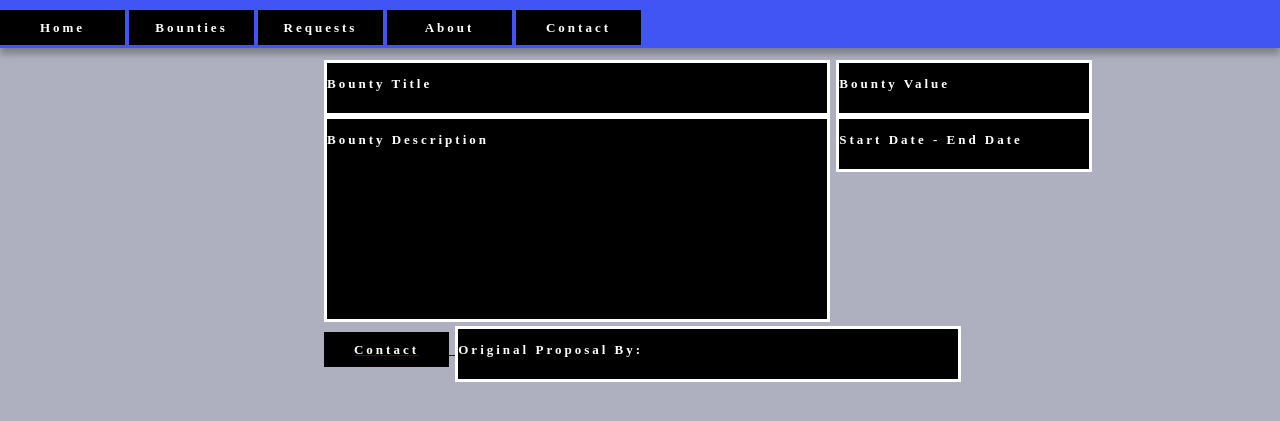
Repository: mailog/Tomorrow
Page: http://localhost/bounties
The author's editor kept a copy of each file at every save. The page is drawn from the files as they stood at one save, then again after the next save.
The browser window is 1280 px wide. The pictures show the whole page.
The page is this project's Thymeleaf template; nobody is signed in. The template is opened directly, without the code that normally fills it, so the values that code supplies are empty.

Above is the page before, as saved 2017-07-27 03:57:48.

### Tomorrow/src/main/resources/templates/bounties.html
<!DOCTYPE html>
<html>
<head>
<title>Bounties</title>
<link rel="stylesheet" type="text/css" href="/css/toolbar.css" />
<link rel="stylesheet" type="text/css" href="/css/bounties.css" />
</head>
<body>

<div class = "toolbar">
	<a href = "/">
		<button class = "tool_button"> Home </button>
	</a>
	<a href = "/bounties">
		<button class = "tool_button"> Bounties </button>
	</a>
	<a href = "/requests">
		<button class = "tool_button"> Requests </button>
	</a>
	<a href = "/about">
		<button class = "tool_button"> About </button>
	</a>
	<a href = "/contact">
		<button class = "tool_button"> Contact </button>
	</a>
</div>

<div id = "bounties">
	<div class = "bounty">
		<div class = "bounty_title">
			<p>Bounty Title</p>
		</div>
		<div class = "bounty_value">
			<p>Bounty Value</p>
		</div>
		<div class = "bounty_desc">
			<p>Bounty Description</p>
		</div>
		<div class = "bounty_period">
			<p>Start Date - End Date</p>
		</div>
		<a href = "/">
			<button class = "tool_button"> Contact </button>
		</a>
		<div class = "bounty_proposer">
			<p>Original Proposal By: </p>
		</div>
	</div>
</div>
</body>
</html>

### Tomorrow/src/main/resources/static/css/toolbar.css
/*------------------STATIC------------------*/
/*------------------------------------------*/

/*-------------------BODY-------------------*/

	body{
		background-color: #aeb0c0;
		color: #FFFFFF;
	}


/*------------------------------------------*/

/*---------------TOOLBAR--------------------*/
	.toolbar{
		width:100%;
		height: 48px;
		z-index: 1;
		opacity: 1;
		position: absolute;
		left: 0px;
		top: 0px;
		float: center;
		padding 0 0 0 0;
		margin-left:auto;
		margin-right:auto;
		background-color: #4155f4;
		-webkit-box-shadow: 0px 6px 7px 0px rgba(0,0,0,0.29);
		-moz-box-shadow: 0px 6px 7px 0px rgba(0,0,0,0.29);
		box-shadow: 0px 6px 7px 0px rgba(0,0,0,0.29);
	}

	.tool_button{
		height: 35px;
		width: 125px;
		display:inline;
		background-color: #000000;
		color:white;
		padding: 0px;
		font-family: Browalia-New;
		font-size: 13px;
		font-weight:bold;
		letter-spacing: 3px;
		border:none;
		cursor: pointer;
		margin-top: 10px;
		margin-bottom: 6px;
		margin-right: 0px;
		margin-left: 0px;
		border-bottom-style: none;
		text-decoration:none;
	}

	.tool_button:hover{
		text-decoration:none;
		border-bottom-style: solid;
		border-bottom-width:3px;
		border-bottom-color:#FFFFFF;
	}

	.toolbar a{
		text-decoration:none;
	}

/*------------------------------------------*/

/*-----------------BUTTONS------------------*/
	.introbtn{}

	.tutorialbtn{
	}

	.registerbtn{
	}

/*------------------------------------------*/

/*------------------INFO--------------------*/

/*------------------------------------------*/

### Tomorrow/src/main/resources/static/css/bounties.css
#bounties
{
	position: relative;
	margin: 50px auto;
	color:white;
	width: 50%;
	padding: 10px;
}

.bounty
{
		height: 300px;
		width: 800px;
		color:white;
		padding: 0px;
		font-family: Browalia-New;
		font-size: 13px;
		font-weight:bold;
		letter-spacing: 3px;
		cursor: pointer;
		border-bottom-style: none;
		text-decoration:none;
}

.bounty_title
{
	display:inline-block;
	width: 500px;
	height: 50px;
	background-color: black;
	border-style:solid;
}

.bounty_value
{
	display:inline-block;
	width: 250px;
	height:50px;
	background-color: black;
	border-style:solid;
}

.bounty_desc
{
	display:inline-block;
	width: 500px;
	height: 200px;
	background-color: black;
	border-style:solid;
}

.bounty_period
{
	display:inline-block;
	width: 250px;
	height:50px;
	background-color: black;
	border-style:solid;
}

.bounty_proposer
{
	display:inline-block;
	width: 500px;
	height: 50px;
	background-color: black;
	border-style:solid;
}

After the next save:
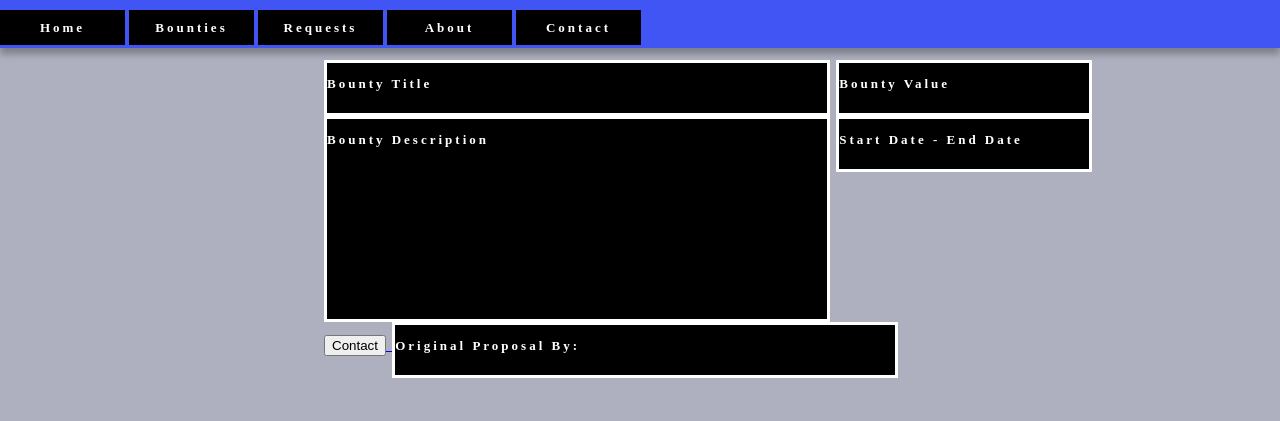
Saved 4 s later.
--- a/Tomorrow/src/main/resources/templates/bounties.html
+++ b/Tomorrow/src/main/resources/templates/bounties.html
@@ -40,7 +40,7 @@
 			<p>Start Date - End Date</p>
 		</div>
 		<a href = "/">
-			<button class = "tool_button"> Contact </button>
+			<button class = "test"> Contact </button>
 		</a>
 		<div class = "bounty_proposer">
 			<p>Original Proposal By: </p>
